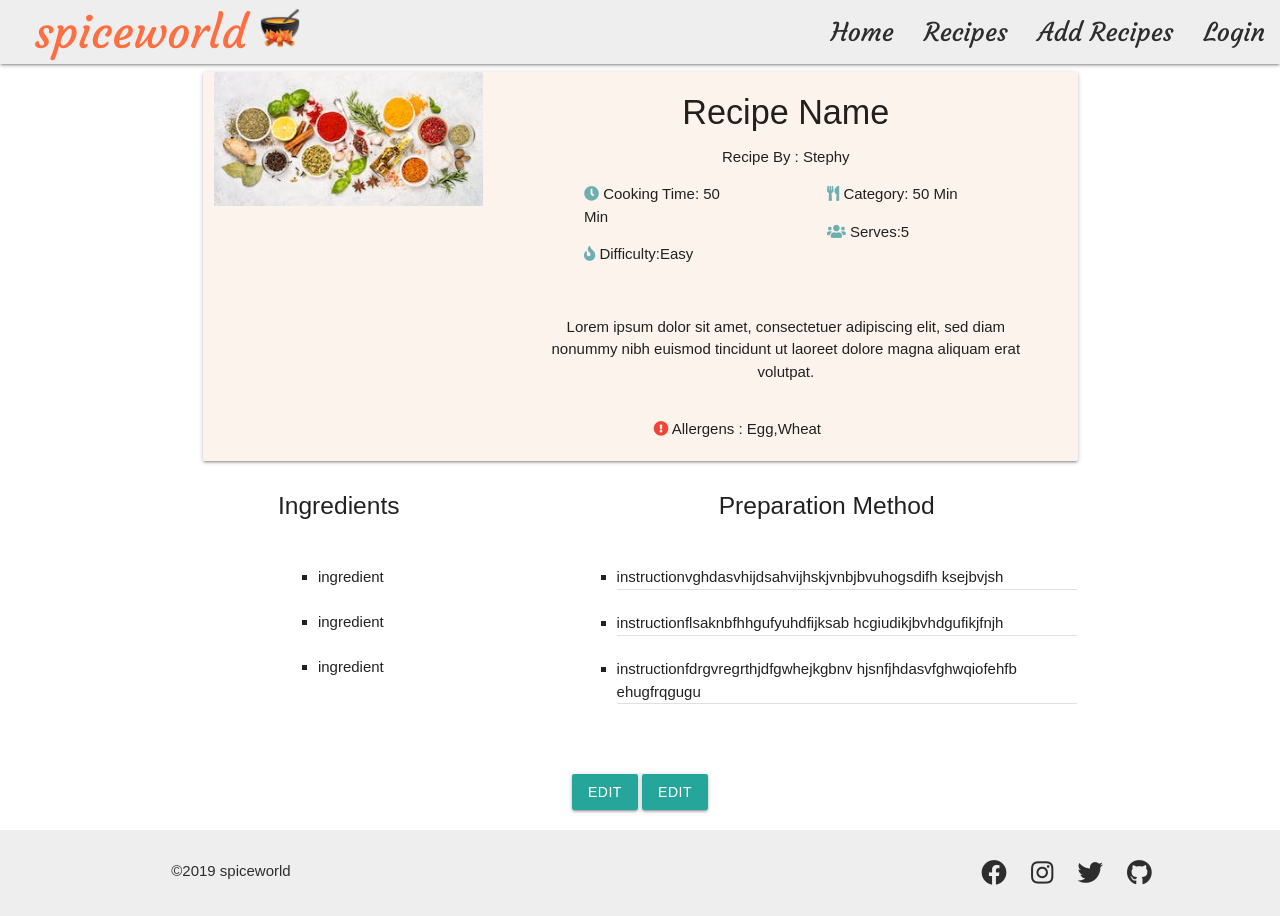
Repository: stephyraju/spiceworld
Page: templates/view.html
The author's editor kept a record of every edit. The page is drawn from the files as they stood at one moment, then again after the next edit.
The browser window is 1280 px wide. The pictures show the whole page.
Some web libraries are served in a nearby version. The page is served by the project's application, run on Flask 3 (app.py). The template is opened directly, without the code that normally fills it, so the values that code supplies are empty.

Above is the page before.

### templates/view.html
{% extends 'base.html' %} {% block content %}

<section class="section-container">
    <div class="container recipe-view">
        <div class="row card recipe-card">
            <div class="col s12 l4 center-align card-image">
                <img height="400" width="375" src="{{ url_for('static', filename='images/sidenav.png') }}" alt="recipe image" class="responsive-img materialboxed">
            </div>
            <div class="col s12 l8 center-align">
                <div class="recipe-header">
                    <h4>Recipe Name </h4>
                </div>
                <div class="author">
                    Recipe By : Stephy
                </div>
                <div class="row ">
                    <div class="col s5 offset-s1 left-align">
                        <div>
                            <p> <i class="fas fa-clock" style="color:rgb(109, 174, 177);"></i> Cooking Time: 50 Min
                            </p>
                        </div>

                        <div>
                            <p> <i class="fas fa-fire" style="color:rgb(109, 174, 177);"></i> Difficulty:Easy
                            </p>
                        </div>
                    </div>
                    <div class="col s5 left-align">
                        <div>
                            <p> <i class="fas fa-utensils" style="color:rgb(109, 174, 177);"></i> Category: 50 Min
                            </p>
                        </div>
                        <div>
                            <p> <i class="fas fa-users" style="color:rgb(109, 174, 177);"></i> Serves:5
                            </p>
                        </div>
                    </div>
                </div>
                <div class="row">
                    <div class="col s12 recipe-description">
                        <p>Lorem ipsum dolor sit amet, consectetuer adipiscing elit, sed diam nonummy nibh euismod tincidunt ut laoreet dolore magna aliquam erat volutpat.
                    </div>
                </div>
                <div class="row">
                    <div class="col s10 ">
                        <i class="fas fa-exclamation-circle red-text"></i> Allergens : Egg,Wheat
                    </div>
                </div>
</section>
<section id="Ingredients-Preparation">
    <div class="container">
        <div class="row ">
            <!-- ingredient -->
            <div class="col s12 m4 offset-s1 offset-m1 ingredients">
                <div class="row">
                    <div class="col s12 ingredients">
                        <h5>Ingredients</h5>
                        <br>
                        <ol>
                            <li>
                                ingredient
                            </li>
                            <br>
                            <li>
                                ingredient
                            </li>
                            </br>
                            <li>
                                ingredient
                            </li>
                        </ol>
                    </div>
                </div>
            </div>
            <!-- Preparation -->
            <div class="col s12  m7 preparation">
                <div class="row">
                    <div class="col s12">
                        <h5 class="center">Preparation Method</h5>
                        <br>
                        <ol>
                            <li>
                                instructionvghdasvhijdsahvijhskjvnbjbvuhogsdifh ksejbvjsh
                            </li>
                            <div class="divider"></div>
                            <br>
                            <li class="collection-item">
                                instructionflsaknbfhhgufyuhdfijksab hcgiudikjbvhdgufikjfnjh
                            </li>
                            <div class="divider"></div>
                            <br>
                            <li class="collection-item">
                                instructionfdrgvregrthjdfgwhejkgbnv hjsnfjhdasvfghwqiofehfb ehugfrqgugu
                            </li>
                            <div class="divider"></div>
                        </ol>

                    </div>
                </div>
            </div>
        </div>
    </div>
    </div>
    </div>
</section>
<section>
    <div class="container recipe-view">
        <div class="row card recipe-card">
        </div>
    </div>
</section>
<section>
    <div class="row center">

            <a class="waves-effect waves-light btn">Edit</a>


            <a class="waves-effect waves-light btn">Edit</a>
        </div>

    </div>
</section>
{% endblock %}

### templates/base.html
<!DOCTYPE html>
<html lang="en">

<head>
  <meta charset="UTF-8">
  <meta name="viewport" content="width=device-width, initial-scale=1.0">
  <meta http-equiv="X-UA-Compatible" content="ie=edge">
  <title>spiceworld</title>

  <!--Import Google Icon Font-->
  <link href="https://fonts.googleapis.com/icon?family=Material+Icons" rel="stylesheet">
  <!--Font Awesome-->
  <link rel="stylesheet" href="https://use.fontawesome.com/releases/v5.8.2/css/all.css" integrity="sha384-oS3vJWv+0UjzBfQzYUhtDYW+Pj2yciDJxpsK1OYPAYjqT085Qq/1cq5FLXAZQ7Ay" crossorigin="anonymous">
  <!--Materialize CSS-->
  <link rel="stylesheet" href="https://cdnjs.cloudflare.com/ajax/libs/materialize/1.0.0/css/materialize.min.css">
  <!--CSS-->
  <link rel="stylesheet" href="{{ url_for('static', filename='css/style.css')}}" type="text/css" />

</head>

<body>

  <!--Header-->
  <header class="navbar-fixed">
    <nav>
      <div class="nav-wrapper grey lighten-3">
        <a href="#" class="brand-logo">spiceworld <img class="hide-on-med-and-down" src="{{ url_for('static', filename='images/logo.png') }}"></a>
        <a href="#" data-target="mobile-sidenav" class="sidenav-trigger"><i class="fas fa-bars"></i></a>
        <ul id="nav-mobile" class="right hide-on-med-and-down">
          <li><a href="{{ url_for('index') }}">Home</a></li>
          <li><a href="{{ url_for('get_recipes') }}">Recipes</a></li>
          <li><a href="{{ url_for('add_recipe') }}">Add Recipes</a></li>
          <li><a href="collapsible.html">Login</a></li>

        </ul>
      </div>
    </nav>
  </header>
  <!--Sidenav-->
  <ul class="sidenav" id="mobile-sidenav">
    <img class="responsive-img" src="{{ url_for('static', filename='images/sidenav.png') }}" alt="spices-image">

    <li><a class="active" href="#">Home</a></li>
    <li><a href="#!">Recipes</a></li>

    <li><a href="#">Login</a></li>
    <li><a class="waves-effect" href="#!">Third Link With Waves</a></li>
  </ul>

  <main>
    {% block content %}
    {% endblock %}
  </main>

  <footer class="page-footer grey lighten-3">

     <div class="row footer-content">
        <div class="col s5 m6">
          <div class="copyright">&copy;2019 spiceworld</div>
        </div>
        <div class="col s7 m3">
                    <a href="https://www.facebook.com/" target="_blank"><i class="fab fa-facebook social-icon"></i></a>
                    <a href="https://www.instagram.com/" target="_blank"><i class="fab fa-instagram social-icon"></i></a>
                    <a href="https://www.twitter.com/" target="_blank"><i class="fab fa-twitter social-icon"></i></a>
                    <a href="https://github.com/stephyraju" target="_blank"><i class="fab fa-github social-icon"></i></a>
        </div>

      </div>

  </footer>

  <script src="https://code.jquery.com/jquery-3.4.0.slim.js" integrity="sha256-milezx5lakrZu0OP9b2QWFy1ft/UEUK6NH1Jqz8hUhQ=" crossorigin="anonymous"></script>
  <script src="https://cdnjs.cloudflare.com/ajax/libs/materialize/1.0.0/js/materialize.min.js"></script>
  <script src="{{ url_for('static', filename='js/main.js') }}"></script>
</body>

</html>

### app.py
import os
from flask import Flask, render_template, redirect, request, url_for
from flask_pymongo import PyMongo
from bson.objectid import ObjectId

# declaring app name
app = Flask(__name__)

app.config["MONGO_DBNAME"] = 'cook_book'
app.config["MONGO_URI"] = os.getenv('MONGO_URI', 'mongodb://localhost')

mongo = PyMongo(app)

@app.route('/')
@app.route('/index')
def index():
     return render_template("index.html", recipes=mongo.db.recipes.find())

#@app.route('/get_recipes',methods=['GET'])
#def get_recipes():
 #    return render_template("recipes.html", recipes=mongo.db.recipes.find())

@app.route('/get_recipes', methods=['POST', 'GET'])
def get_recipes():
    recipes = mongo.db.categories.find().sort('name', PyMongo.ASCENDING)
    return render_template('recipes.html',
                           recipes=mongo.db.recipes.find(),
                           categories = mongo.db.categories.find())


@app.route('/add_recipe')
def add_recipe():
     return render_template("addrecipe.html",
               recipes=mongo.db.recipes.find(),
               categories = mongo.db.categories.find(),
               cuisines=mongo.db.cuisines.find(),
               difficulty=mongo.db.difficulty.find(),
               allergens=mongo.db.allergens.find())


@app.route('/insert_recipe', methods=['POST'])
def insert_recipe():
    print(request.form)
    print(request.form.getlist('ingredients[]'))
    print(request.form.to_dict())
    recipes = mongo.db.recipes
    data = request.form.to_dict()
    data.update({'ingredients':request.form.getlist('ingredients[]')})
    del data['ingredients[]']
    recipes.insert_one(data)
    return redirect(url_for('get_recipes'))

@app.route('/view_recipes', methods=['GET'])
def view_recipes():
     return render_template("view.html",
               categories=mongo.db.categories.find())


if __name__ == '__main__':
    app.run(host=os.environ.get('IP'),
            port=int(os.environ.get('PORT')),
            debug=True)

### static/css/style.css
@import url('https://fonts.googleapis.com/css?family=Courgette&display=swap');

body {
  background-color: F0F0F0;
  font-family: 'ProximaNova Regular', sans-serif;
  display: flex;
  flex-direction: column;
  min-height: 100vh;
  overflow-x: hidden;
}
.section-container {
  max-width: 100%;
  margin-left: auto;
  margin-right: auto;
  padding-left: 15px;
  padding-right: 15px;
  border-radius: 5px;
}
/* -------- Nav Bar ----------*/

nav {
     font-family: 'Courgette';
}

nav .brand-logo {
    color: #ff6e40;
    font-size: 3rem;
    font-family: 'Courgette', cursive;
    -webkit-transition: 0.2s;
    -o-transition: 0.2s;
    transition: 0.2s;
}

@media screen and (min-width: 993px){
nav .brand-logo {
    margin-left: 2.3rem;
}
}
nav ul a {
  color:#2d2d2d;
  font-size: 1.7rem;
  font-family: 'Courgette';
}
nav ul a:hover,
nav ul .active {
  color:#76c14f;
}
.fa-bars{
  color: #ff6e40;
}

/*--------Title----------*/

.title-container{
  position: relative;
  text-align: center;
  color: white;
  width:100%;
  margin-top: 20px;
}
.title-container img{
    display: block;
    width: 100%;
    height: 25vh;
    object-fit: cover;
    border-radius: 5px;
}

.intro-content{
  position: absolute;
  top: 50%;
  left: 70%;
  transform: translate(-50%, -50%);
}
/*--------Category---------*/

.catergory-container{
  font-size: 1.2rem;
  color:#2d2d2d;
  margin-top: 20px;
  background-color:#eeeeee;
  height:70px;
  margin-left: 15px;
  margin-right: 15px;
}
.catergory-container .row {
  padding-top: 20px;
}
.catergory-container a {
  color:#2d2d2d;
}
.catergory-container a :hover {
  color:#ff6e40 !important;
}

/*--------Description---------*/
.cells h4 {
  font-family: 'Muli','sans-serif';
}
.cells h5{
  color: #76c14f;
  font-size: 1.5rem;
  font-family: 'Courgette',sans-serif;
}
 p {
  padding-left: 30px;
  padding-right: 30px;
}
.content{
  margin-top: 20px;
  margin-bottom: 20px;
}

.recipe-card .card .card-image img {
  display: block;
  position: relative;
  width: 100%;
  height: 200px; }
.card-content {
   min-height: 275px;
  margin: 1.5em;
}

/*--------View Recipe---------*/
li {
  list-style: square;
  }
 .recipe-view .card {
   background-color: #fcf4ec;
 }
/*--------Footer---------*/

.page-footer i{
  color:#2d2d2d;
}
.page-footer i:hover{
   color:#ff6e40;
}
.page-footer {
    min-height: 45px;
}
.footer-content{
  display:flex;
  color:#2d2d2d;
}
.copyright{
  padding-top: 10px;
}
.social-icon {
  margin: 10px;
  color: white;
  font-size: 1.7rem;
}

### static/js/main.js
$(document).ready(function(){
    $('.sidenav').sidenav();
    $('.dropdown-trigger').dropdown();
    $('select').formSelect();
    $('.carousel').carousel();

  });

 var ingredientField = $(".ingredient").length;
    $("#add_ingredient").on("click", function () {
        $("select").formSelect("destroy");
        $(".new-ingredient:first").clone().insertBefore("#add_ingredient").find("input[type='text'], select, textarea").val("");
        $("select").formSelect();
        ingredientField += 1;
    });

    $("#remove_ingredient").on("click", function () {
        if (ingredientField > 1) {
            /* only remove the :last item */
            $(this).siblings(".new-ingredient:last").remove();
            /* ensure original ingredient line never gets deleted */
            ingredientField-= 1;
        }
    });


var preparationField = $(".preparation").length;
    /* add new cloned item */
    $("#add_step").on("click", function () {
        $(".new-step:first").clone().insertBefore("#add_step").find("input[type='text'], select, textarea").val("");
        /* increase counter so original direction is never removed */
       preparationField += 1;
    });
    /* delete last cloned item */
    $("#remove_step").on("click", function () {
        if ( preparationField > 1) {
            /* only remove the :last item */
            $(this).siblings(".new-step:last").remove();
            /* ensure original direction line never gets deleted */
            preparationField-= 1;
        }
    });

After the next edit:
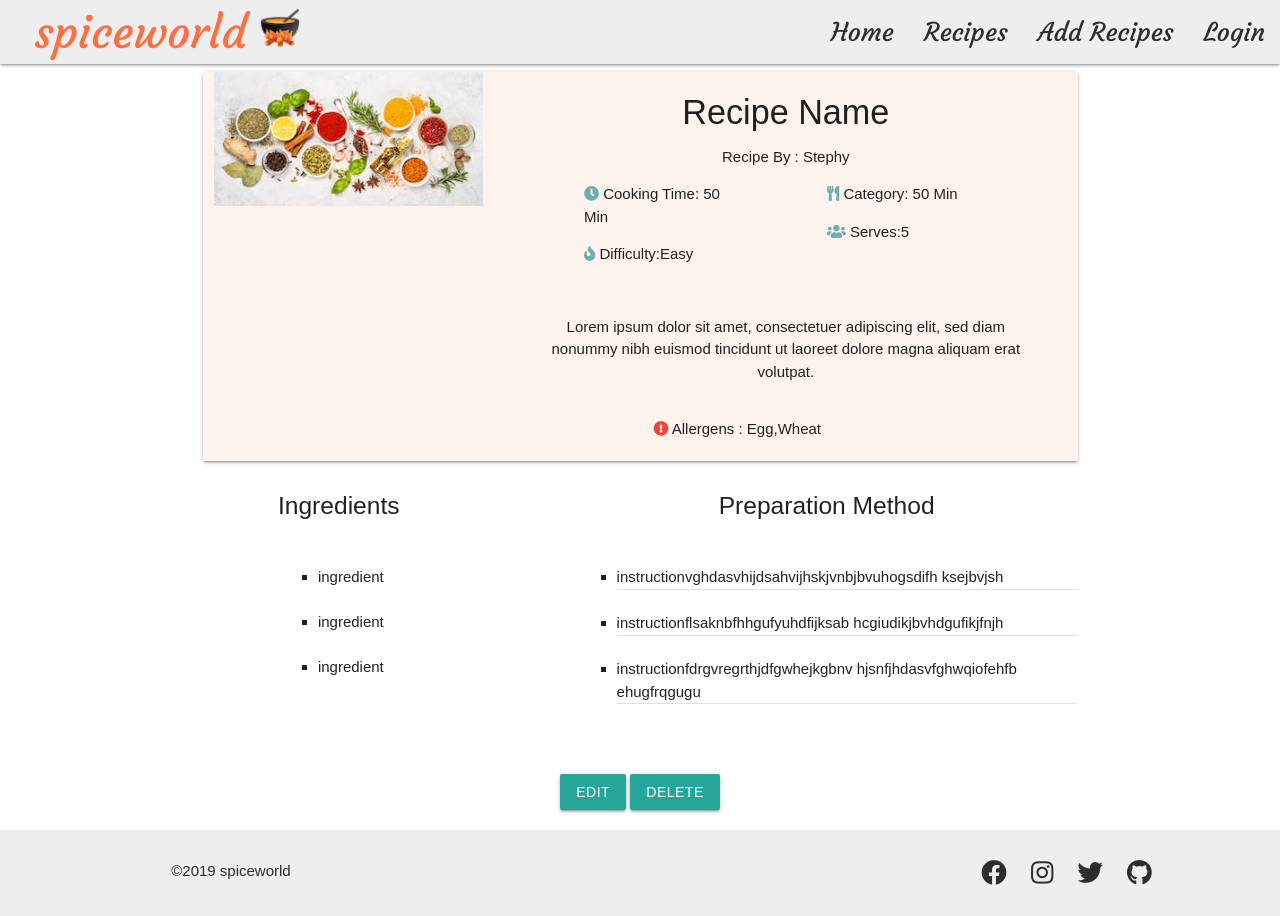
The edit:
--- a/templates/view.html
+++ b/templates/view.html
@@ -115,8 +115,8 @@
             <a class="waves-effect waves-light btn">Edit</a>
 
 
-            <a class="waves-effect waves-light btn">Edit</a>
-        </div>
+            <a class="waves-effect waves-light btn">Delete</a>
+
 
     </div>
 </section>
